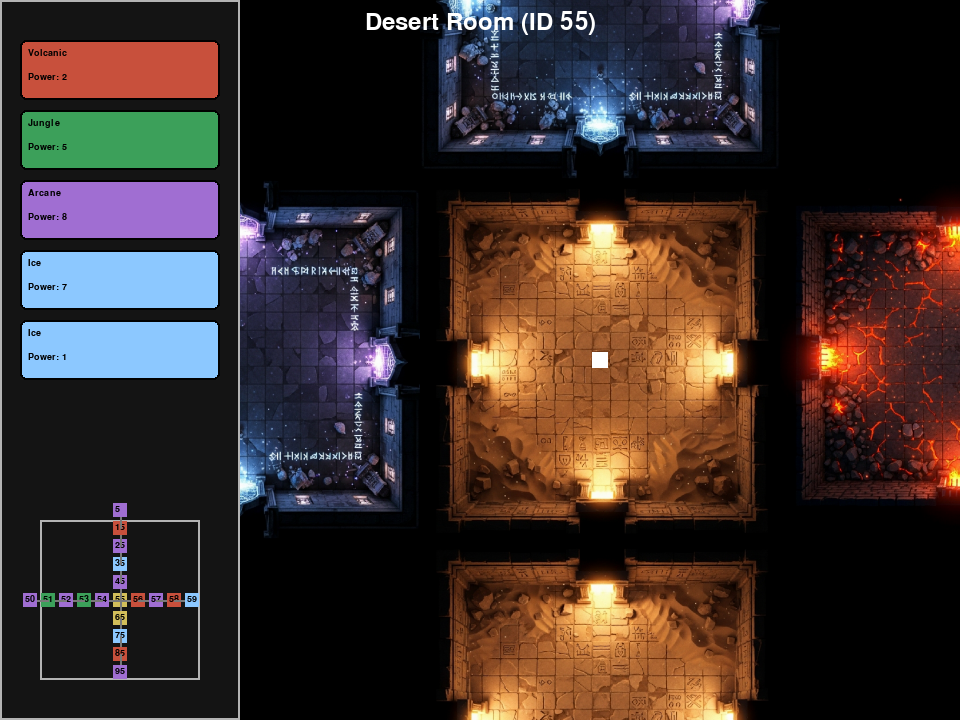
Repository: MehediMim/GateBound
Script's output: python main.py
The author's editor kept a copy of each file at every save. The script's output is drawn from the files as they stood at one save, then again after the next save.
The window is shown after at most 60 frames with no key pressed. Random numbers start from a fixed seed. It also reads assets/bg_arcane.png, assets/bg_desert.png, assets/bg_ice.png, assets/bg_jungle.png, assets/bg_volcanic.png, assets/card_arcane.jpeg, assets/card_desert.jpeg, assets/card_ice.jpeg, assets/card_jungle.jpeg, assets/card_volcanic.jpeg.

Above is the script's output before, as saved 2026-01-26 19:24:10.

After the next save:
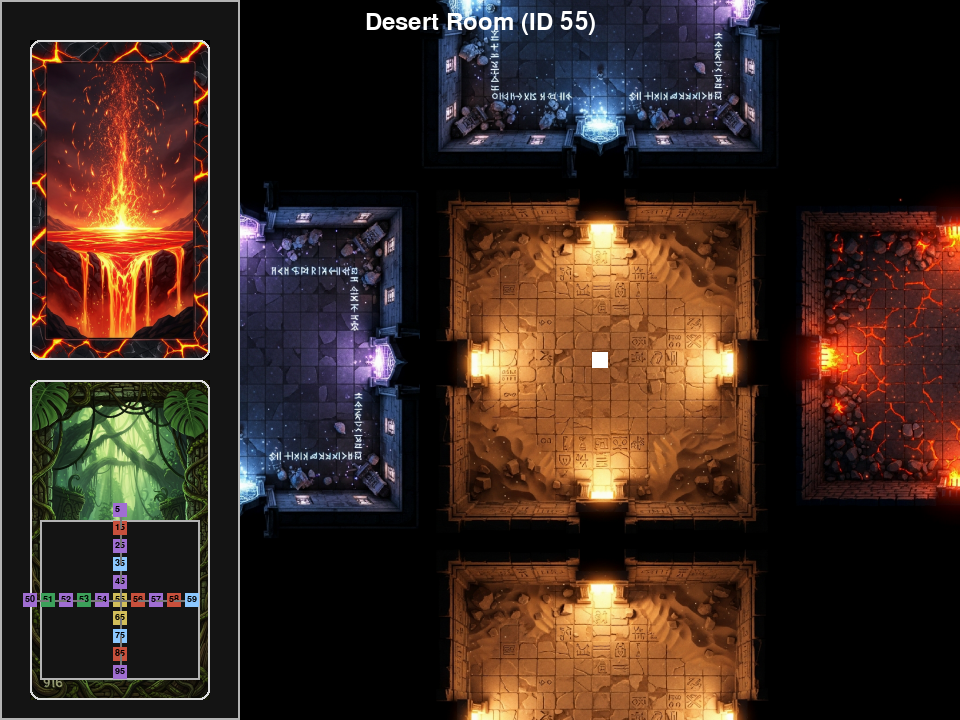
Saved 12 s later.
--- a/main.py
+++ b/main.py
@@ -192,20 +192,24 @@ def handle_doors():
 # DRAW UI
 # =========================
 def draw_cards():
-    x = 20
+    x = 30
     y = 40
-    w = SIDEBAR_W - 40
-    h = 60
-    gap = 10
+    gap = 20
 
     for i, c in enumerate(cards):
-        rect = pygame.Rect(x, y + i * (h + gap), w, h)
-        color = ROOM_COLORS[c["type"]]
-        pygame.draw.rect(screen, color, rect, border_radius=6)
-
-        pygame.draw.rect(screen, (0, 0, 0), rect, 2, border_radius=6)
-        screen.blit(map_font.render(c["type"], True, (0,0,0)), (rect.x+8, rect.y+8))
-        screen.blit(map_font.render(f"Power: {c['power']}", True, (0,0,0)), (rect.x+8, rect.y+32))
+        key = CARD_IMAGE_KEY[c["type"]]
+        cx = x
+        cy = y + i * (CARD_HEIGHT + gap)
+
+        screen.blit(card_images[key], (cx, cy))
+
+        pygame.draw.rect(
+            screen,
+            (220, 220, 220),
+            (cx, cy, CARD_WIDTH, CARD_HEIGHT),
+            2,
+            border_radius=10
+        )
 
 def draw_minimap():
     panel_size = 160
